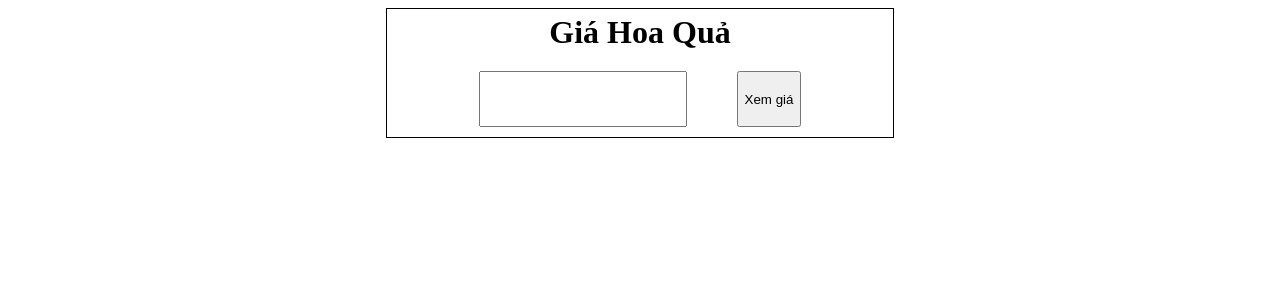
Repository: tungts3qb/BTCodeGym
Page: giahoaqua.html
An editor plug-in stored every save of this project. The page is shown before and after the next save, followed by the edit.
The browser window is 1280 px wide. The pictures show the whole page.

Above is the page before, as saved 2023-01-04 11:06:14.

After the next save:
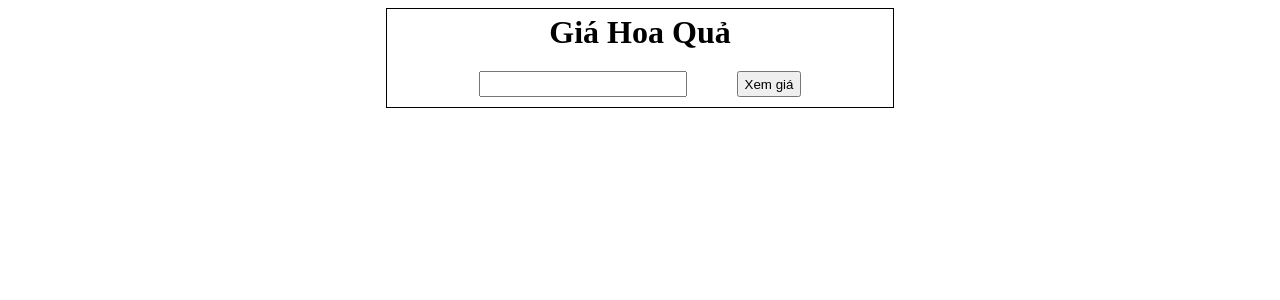
Saved 7 s later.
--- a/giahoaqua.html
+++ b/giahoaqua.html
@@ -28,7 +28,7 @@
       }
       #price {
         width: 200px;
-        height: 50px;
+        height: 20px;
       }
       .input-box {
         display: flex;
